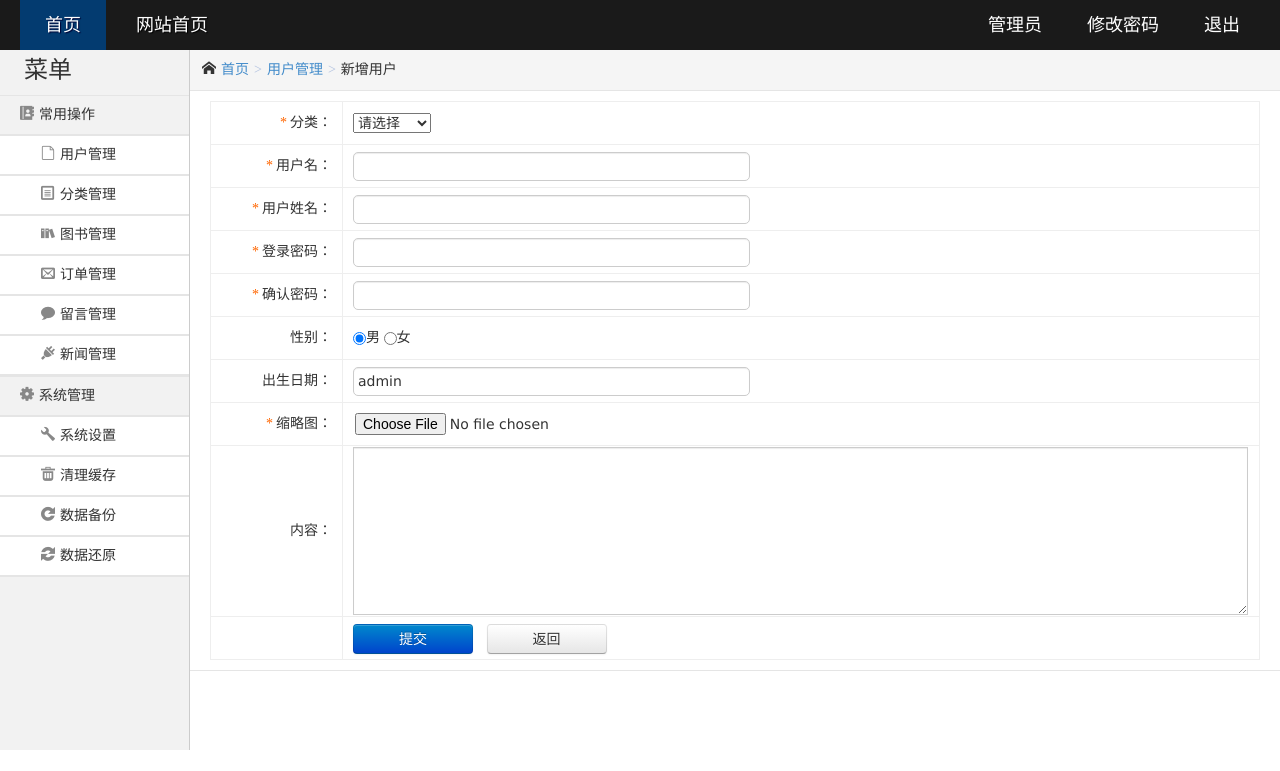
Repository: tianxiaohuahua/liuzhishop
Page: http://localhost/liuzhishop/manage/admin_useradd.jsp
An editor plug-in stored every save of this project. The page is shown before and after the next save, followed by the edit.
The browser window is 1280 px wide. The pictures show the whole page.
The page is served by Tomcat 9.

Above is the page before, as saved 2021-02-21 12:13:37.

After the next save:
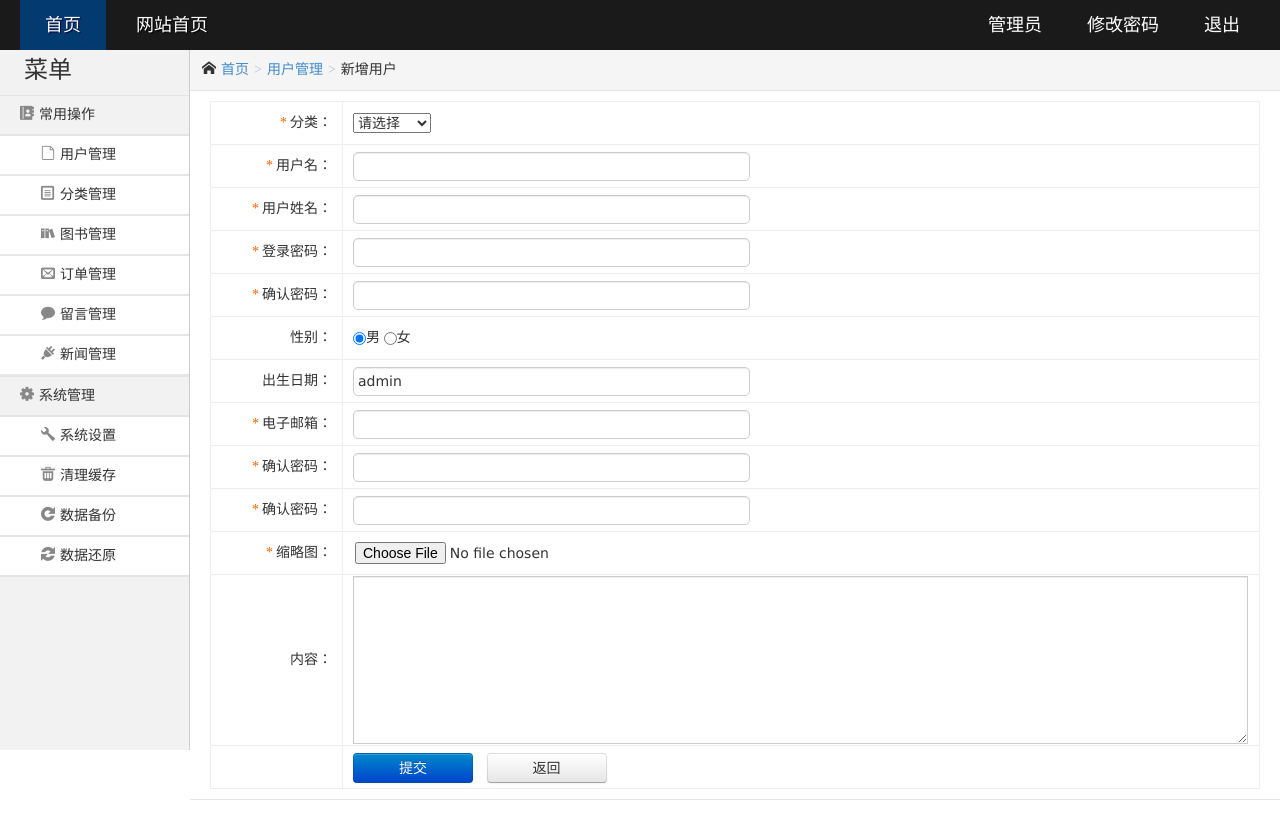
Saved 98 s later.
--- a/liuzhishop/WebContent/manage/admin_useradd.jsp
+++ b/liuzhishop/WebContent/manage/admin_useradd.jsp
@@ -60,6 +60,27 @@
                                 <th>出生日期：</th>
                                 <td><input class="common-text" name="birthday" size="50" value="admin" type="text"></td>
                             </tr>
+
+                             <tr>
+                                <th><i class="require-red">*</i>电子邮箱：</th>
+                                <td>
+                                    <input class="common-text required" id="title" name="rePassword" size="50" value="" type="text">
+                                </td>
+                            </tr>
+
+                             <tr>
+                                <th><i class="require-red">*</i>确认密码：</th>
+                                <td>
+                                    <input class="common-text required" id="title" name="rePassword" size="50" value="" type="text">
+                                </td>
+                            </tr>
+
+                             <tr>
+                                <th><i class="require-red">*</i>确认密码：</th>
+                                <td>
+                                    <input class="common-text required" id="title" name="rePassword" size="50" value="" type="text">
+                                </td>
+                            </tr>
                             <tr>
                                 <th><i class="require-red">*</i>缩略图：</th>
                                 <td><input name="smallimg" id="" type="file"><!--<input type="submit" onclick="submitForm('/jscss/admin/design/upload')" value="上传图片"/>--></td>
